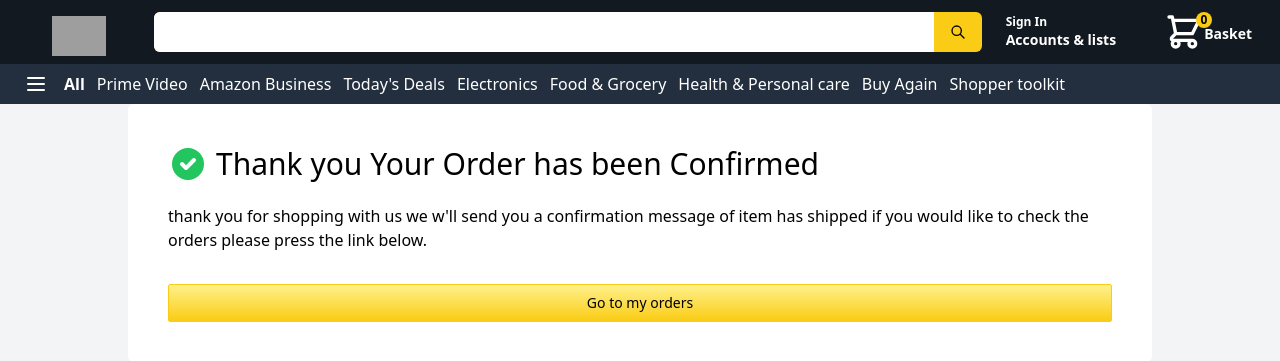
Repository: SehajBindra/Amazon-clone
Page: /success
These files come from the project's save history. The page is drawn as it stood at one moment and after the next save; the edit follows.
The browser window is 1280 px wide. The pictures show the whole page.
Pictures or frames that could not be fetched are drawn as grey boxes. The page's requests for data from a server got no answer. The project was rebuilt for these pictures with package versions that can differ from the ones it lists, and the page was loaded fresh each time. The framework's server and built-in components were replaced by stand-ins that run in the browser. No one was signed in, and anything a server would have sent is missing. Also part of the build but not shown: next.config.js.

Above is the page before, as saved 2022-08-14 00:47:59.

### pages/_app.js
import "../styles/globals.css";
import { SessionProvider } from "next-auth/react";
import { store } from "../app/store";
import { Provider } from "react-redux";

function MyApp({ Component, pageProps: { session, ...pageProps } }) {
  return (
    <SessionProvider session={session}>
      <Provider store={store}>
        <Component {...pageProps} />
      </Provider>
    </SessionProvider>
  );
}

export default MyApp;

### pages/success.js
import { CheckCircleIcon } from "@heroicons/react/solid";
import Head from "next/head";
import { useRouter } from "next/router";
import React from "react";
import Header from "../Components/Header";

function success() {
  const router = useRouter();
  return (
    <>
      <Head>
        <title>Amazon / Success</title>
        <meta name="description" content="Generated by create next app" />
        <link
          rel="icon"
          href="https://upload.wikimedia.org/wikipedia/commons/d/de/Amazon_icon.png"
        />
      </Head>
      <div className="bg-gray-100 h-screen">
        <Header />

        <main className="max-w-screen-lg mx-auto">
          <div className="flex flex-col p-10 bg-white rounded-md">
            <div className="flex items-center space-x-2 mb-5">
              <CheckCircleIcon className="text-green-500 h-10" />
              <h1 className="text-2xl md:text-3xl">
                Thank you Your Order has been Confirmed
              </h1>
            </div>
            <p>
              thank you for shopping with us we w'll send you a confirmation
              message of item has shipped if you would like to check the orders
              please press the link below.
            </p>
            <button
              onClick={() => router.push("/orders")}
              className="button mt-8"
            >
              Go to my orders
            </button>
          </div>
        </main>
      </div>
    </>
  );
}

export default success;

### styles/globals.css
@tailwind base;
@tailwind components;
@tailwind utilities;

@layer components {
    .link {
        @apply cursor-pointer hover:underline
     }

     .button {
        @apply cursor-pointer p-2 text-xs md:text-sm bg-gradient-to-b from-yellow-200   to-yellow-400 rounded-sm focus:outline-none focus:ring-2 focus:ring-yellow-500 active:from-yellow-500 border border-yellow-400;
     }
}

### Components/Header.js
import Image from "next/image";
import React from "react";
import {
  MenuIcon,
  SearchIcon,
  ShoppingCartIcon,
} from "@heroicons/react/outline";
import { useRouter } from "next/router";
import { signIn, signOut, useSession } from "next-auth/react";
import { selectItems } from "../slices/basketSlice";
import { useDispatch, useSelector } from "react-redux";
function Header() {
  const { data: session, status } = useSession();
  const router = useRouter();
  const dispatch = useDispatch();
  const items = useSelector(selectItems);
  return (
    <header className="sticky top-0 z-50">
      {/* top nav */}
      <div className="flex items-center bg-amazon_blue p-1 flex-grow py-2">
        <div className="flex items-center mt-2 flex-grow sm:flex-grow-0">
          <Image
            onClick={() => router.push("/")}
            src="https://links.papareact.com/f90"
            width={150}
            height={40}
            objectFit="contain"
            className=" cursor-pointer max-w-fit"
          />
        </div>
        {/* Search */}
        <div className=" hidden sm:flex items-center h-10 rounded-md flex-grow cursor-pointer   bg-yellow-400 hover:bg-yellow-500">
          <input
            className="p-2 h-full w-6 flex-grow flex-shrink rounded-l-md focus:outline-none px-4"
            type="text"
          />
          <SearchIcon className="h-12 p-4" />
        </div>

        {/* Right */}
        <div className="text-white flex items-center text-xs space-x-6  mx-6 whitespace-nowrap cursor-pointer font-semibold">
          <div onClick={!session ? signIn : signOut} className="link">
            <p> {session ? `Hello ,${session.user.name}` : "Sign In"}</p>
            <p className="font-bold  md:text-sm">Accounts & lists</p>
          </div>
          <div className="link">
            <p className=" hidden font-bold md:text-sm">Returns & Orders</p>
          </div>
          <div
            onClick={() => router.push("/checkout")}
            className="link relative flex items-center"
          >
            <span className=" top-0 right-0 md:right-10 h-4 w-4 absolute rounded-full bg-yellow-400 text-center text-black font-bold">
              {items.length}
            </span>
            <ShoppingCartIcon className="h-10" />
            <p className=" hidden md:inline font-bold md:text-sm mt-1">
              {" "}
              Basket
            </p>
          </div>
        </div>
      </div>
      {/* bottom Nav */}
      <div className="flex items-center bg-amazon_light_blue text-white space-x-3 pl-6 p-2">
        <MenuIcon className="h-6 mr-1" />
        <p className="link text-xs font-semibold md:text-base">All</p>
        <p className="link text-xs md:text-base"> Prime Video</p>
        <p className="link text-xs md:text-base"> Amazon Business</p>
        <p className="link text-xs md:text-base"> Today's Deals</p>
        <p className="hidden link md:inline lg:inline text-xs md:text-base">
          Electronics
        </p>
        <p className="link  hidden md:inline  lg:inline text-xs md:text-base">
          Food & Grocery
        </p>
        <p className="link hidden  lg:inline text-xs md:text-base">
          Health & Personal care
        </p>
        <p className="link  hidden lg:inline text-xs md:text-base">Buy Again</p>
        <p className="link  hidden lg:inline text-xs md:text-base">
          Shopper toolkit
        </p>
      </div>
    </header>
  );
}

export default Header;

### slices/basketSlice.js
import { createSlice } from "@reduxjs/toolkit";

const initialState = {
  items: [],
};

export const basketSlice = createSlice({
  name: "basket",
  initialState,
  reducers: {
    addtoBasket: (state, action) => {
      state.items = [...state.items, action.payload];
    },
    removefromBasket: (state, action) => {
      const index = state.items.findIndex(
        (basketItem) => basketItem.id === action.payload.id
      );

      let newBasket = [...state.items];

      if (index >= 0) {
        // the item exists in the basket ... remove it
        newBasket.splice(index, 1);
        // splice is basically is cutting out
      } else {
        console.warn(
          `cant remove Product (id: ${action.payload.id}) as it is not inn the Basket `
        );
      }
      state.items = newBasket;
    },
  },
});

export const { addtoBasket, removefromBasket } = basketSlice.actions;
// selectors : this is how we pull information from global store

export const selectItems = (state) => state.basket.items;
export const selectTotal = (state) =>
  state.basket.items.reduce((total, item) => total + item.price, 0);
export default basketSlice.reducer;

### tailwind.config.js
/** @type {import('tailwindcss').Config} */
module.exports = {
  content: [
    "./pages/**/*.{js,ts,jsx,tsx}",
    "./Components/**/*.{js,ts,jsx,tsx}",
  ],
  theme: {
    extend: {
      colors: {
        amazon_blue: "#131921",
        amazon_light_blue: "#232f3e",
      },
    },
  },
  plugins: [require("@tailwindcss/line-clamp")],
};

Loaded but not shown: app/store.js (common file)

After the next save:
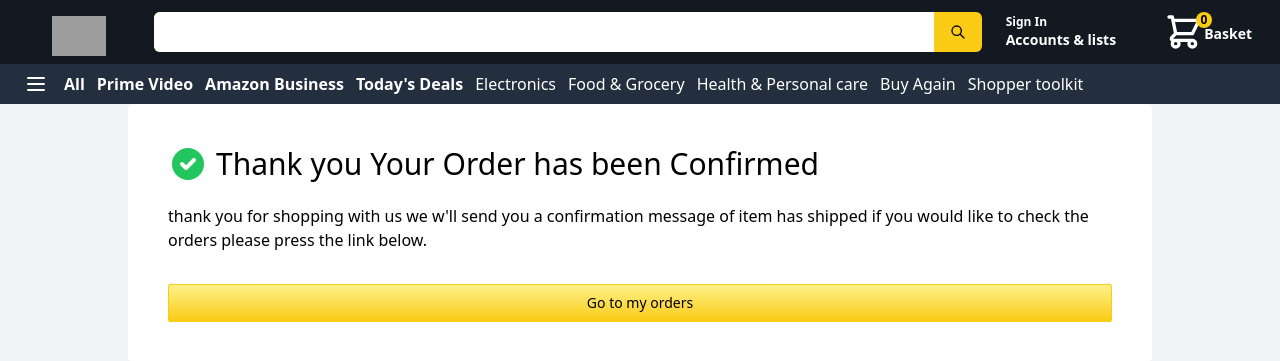
Saved 30 s later.
--- a/Components/Header.js
+++ b/Components/Header.js
@@ -65,9 +65,15 @@
       <div className="flex items-center bg-amazon_light_blue text-white space-x-3 pl-6 p-2">
         <MenuIcon className="h-6 mr-1" />
         <p className="link text-xs font-semibold md:text-base">All</p>
-        <p className="link text-xs md:text-base"> Prime Video</p>
-        <p className="link text-xs md:text-base"> Amazon Business</p>
-        <p className="link text-xs md:text-base"> Today's Deals</p>
+        <p className="link text-xs font-semibold md:text-base"> Prime Video</p>
+        <p className="link text-xs font-semibold md:text-base">
+          {" "}
+          Amazon Business
+        </p>
+        <p className="link text-xs font-semibold md:text-base">
+          {" "}
+          Today's Deals
+        </p>
         <p className="hidden link md:inline lg:inline text-xs md:text-base">
           Electronics
         </p>
